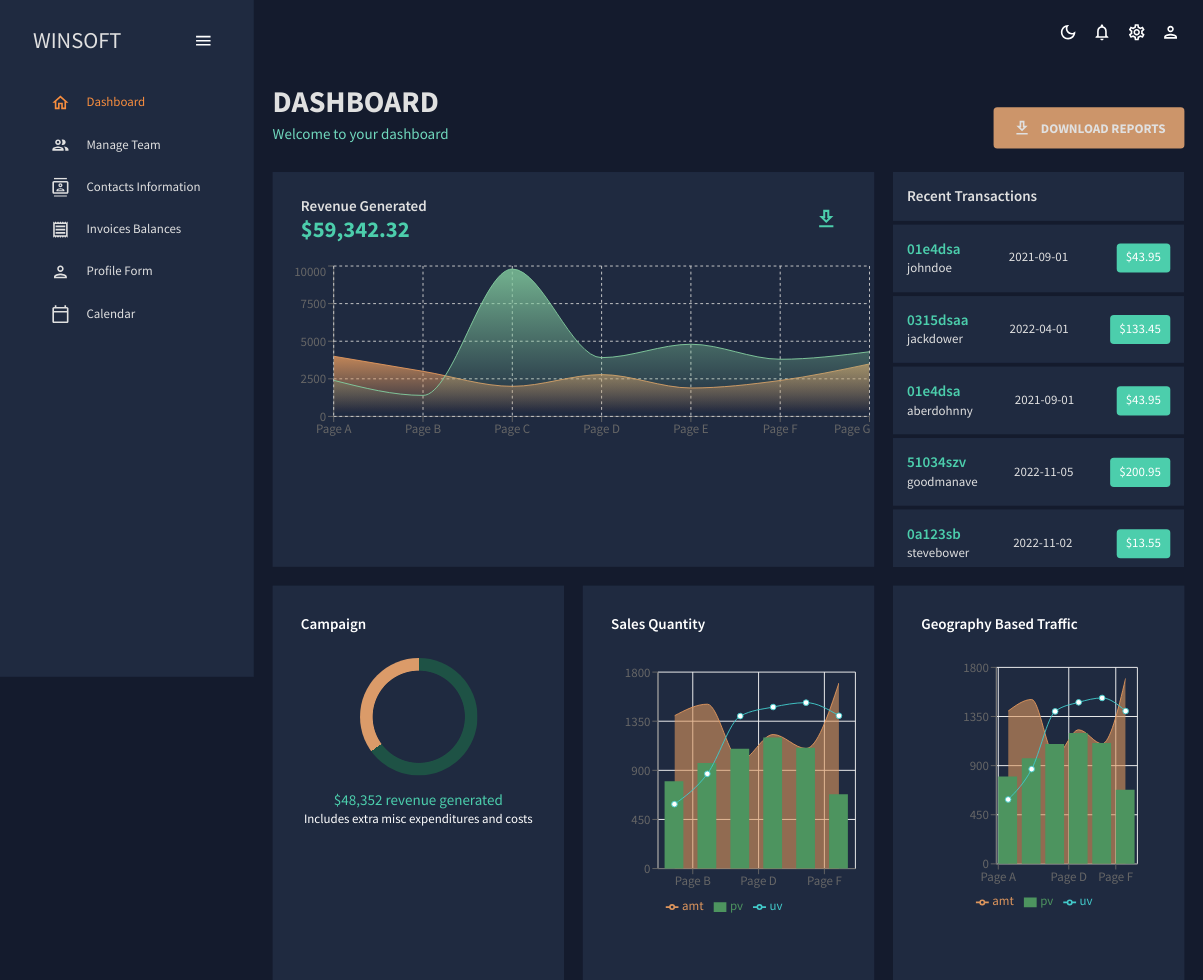
Repository: thamaraiselvan315731/winssoft
Page: /
The author's editor kept a copy of each file at every save. The page is drawn from the files as they stood at one save, then again after the next save.
The browser window is 1280 px wide. The pictures show the whole page, at 94% of full size.
The project was rebuilt for these pictures with package versions that can differ from the ones it lists, and the page was loaded fresh each time. Also part of the build but not shown: src/pages/team/index.jsx, src/pages/invoices/index.jsx, src/pages/contacts/index.jsx, src/pages/form/index.jsx, src/components/LineChart.jsx, src/data/mockGeoFeatures.js, src/components/GeographyChart.jsx, src/components/BarChart.jsx and 3 more.

Above is the page before, as saved 2022-12-01 13:02:54.

After the next save:
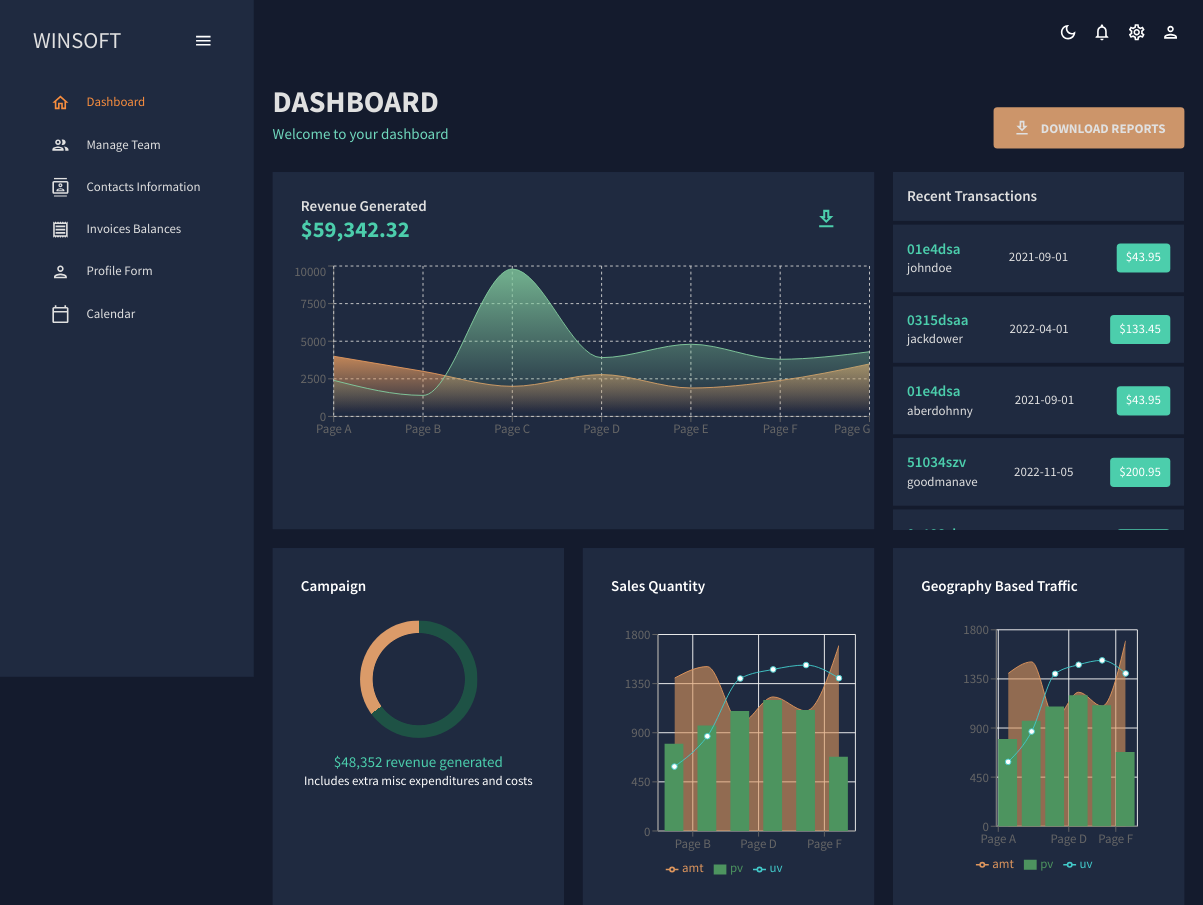
Saved 21 s later.
--- a/src/pages/dashboard/index.jsx
+++ b/src/pages/dashboard/index.jsx
@@ -46,7 +46,7 @@ const Dashboard = () => {
       <Box
         display="grid"
         gridTemplateColumns="repeat(12, 1fr)"
-        gridAutoRows="200px"
+        gridAutoRows="180px"
         gap="20px"
       >
         {/* ROW 1 */}
